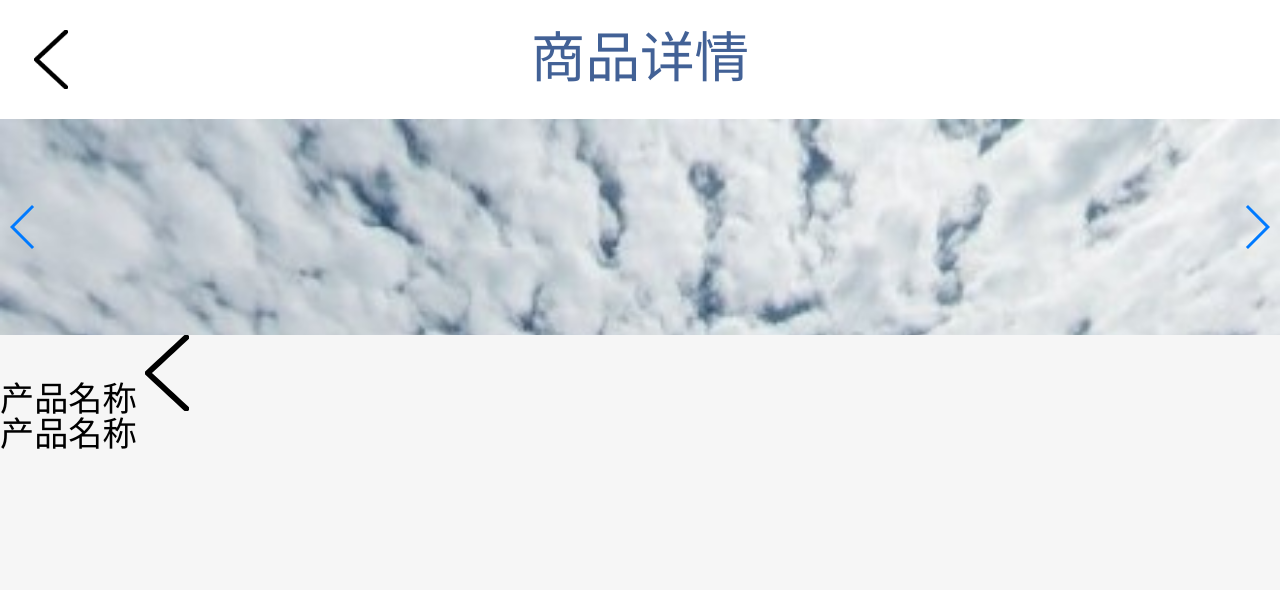
Repository: 421538074/sell
Page: consumer/goods-detail.html
An editor plug-in stored every save of this project. The page is shown before and after the next save, followed by the edit.
The browser window is 1280 px wide. The pictures show the whole page.

Above is the page before, as saved 2019-05-30 10:30:43.

### consumer/goods-detail.html
<!DOCTYPE html>
<html lang="en">

<head>
    <meta charset="UTF-8">
    <meta name="viewport" content="width=device-width, initial-scale=1.0">
    <meta http-equiv="X-UA-Compatible" content="ie=edge">
    <title>商品详情</title>
    <link rel="stylesheet" href="../css/base.css">
    <link rel="stylesheet" href="css/common.css">
    <link rel="stylesheet" href="../css/swiper.min.css">
    <link rel="stylesheet" href="css/goods-detail.css">
</head>

<body>
    <div id="app" class="content">
        <nav class="nav-bar-wrapper">
            <img src="../img/back.png" class="back-icon">
            <p class="nav-bar-title">商品详情</p>
        </nav>
        <div class="goods-pictures-wrapper">
            <div class="swiper-container ">
                <div class="swiper-wrapper">
                    <div class="swiper-slide" v-for="item in 5">
                        <img src="../img/1.jpg" class="slide-img" alt="">
                    </div>
                </div>
                <div class="swiper-button-next"></div>
                <div class="swiper-button-prev"></div>
            </div>
        </div>
        <div class="goods-detail-wrapper">
            <p class="main-title-wrapper">
                <span class="goods-title">产品名称</span>
                <img src="../img/back.png" class="share-icon">
            </p>
            <p class="goods-title-desc">产品名称</p>
        </div>
    </div>
    <script src="../js/api.js"></script>
    <script src="../js/vue.js"></script>
    <script src="../js/swiper.min.js"></script>
    <script src="js/vue-mixin.js"></script>
    <script src="js/goods-detail.js"></script>
</body>

</html>

### css/base.css
/* http://meyerweb.com/eric/tools/css/reset/
   v2.0 | 20110126
   License: none (public domain)
*/

html,
body,
div,
span,
applet,
object,
iframe,
h1,
h2,
h3,
h4,
h5,
h6,
p,
blockquote,
pre,
a,
abbr,
acronym,
address,
big,
cite,
code,
del,
dfn,
em,
img,
ins,
kbd,
q,
s,
samp,
small,
strike,
strong,
sub,
sup,
tt,
var,
b,
u,
i,
center,
dl,
dt,
dd,
ol,
ul,
li,
fieldset,
form,
label,
legend,
table,
caption,
tbody,
tfoot,
thead,
tr,
th,
td,
article,
aside,
canvas,
details,
embed,
figure,
figcaption,
footer,
header,
hgroup,
menu,
nav,
output,
ruby,
section,
summary,
time,
mark,
audio,
video {
    margin: 0;
    padding: 0;
    border: 0;
    font-size: 100%;
    font: inherit;
    vertical-align: baseline;
}

/* HTML5 display-role reset for older browsers */
article,
aside,
details,
figcaption,
figure,
footer,
header,
hgroup,
menu,
nav,
section {
    display: block;
}

body {
    line-height: 1;
}

ol,
ul {
    list-style: none;
}

blockquote,
q {
    quotes: none;
}

blockquote:before,
blockquote:after,
q:before,
q:after {
    content: '';
    content: none;
}

table {
    border-collapse: collapse;
    border-spacing: 0;
}


body,
html {
    font-size: calc(100vw / 37.5);
    font-family: PingFangSC-Medium;
    background: #F2F2F2;
}


[v-cloak] {
    display: none;
}


hr {
    margin: 0;
    padding: 0;
}

.clearfix {
    zoom: 1;
}

.clearfix:after {
    content: ".";
    display: block;
    visibility: hidden;
    height: 0;
    clear: both;
}

[v-cloak] {
    display: none;
}

### consumer/css/common.css
*{
    box-sizing: border-box;
}
html,body{
    background: #f6f6f6;
}
html,body,div.content{
    height: 100%;
}
/*底部菜单栏*/
nav.tool-bar-wrapper {
    height: 3rem;
    background: #ffffff;
    display: flex;
    align-items: center;
    justify-content: space-around;
}
a.nav-item {
    color: #888888;
    text-decoration: none;
    font-size: 1.5rem;
    display: flex;
    flex-direction: column;
    align-items: center;
    justify-content: space-around;
    height: 90%;
}
a.nav-item.active{
    color: #0093FF;
}
img.nav-item-icon{
    width: 1.5rem;
    height: 1.5rem;
}
.ellipsis{
    overflow: hidden;
    white-space: nowrap;
    text-overflow: ellipsis;
}
/*顶部返回栏 */
nav.nav-bar-wrapper {
    background: #FFFFFF;
    height: 3.5rem;
    display: flex;
    align-items: center;
    justify-content: space-around;
    position: relative;
    font-size: 1.6rem;
    color: #426196;
}
img.back-icon {
    position: absolute;
    width: 1rem;
    left: 1rem;
}

### consumer/css/goods-detail.css
.goods-pictures-wrapper ,.swiper-container{
    max-height: 30vh;
    overflow: hidden;
}
img.slide-img{
    width: 100%;
    height: 100%;
}
.swiper-button-next, .swiper-button-prev,
.swiper-button-prev, .swiper-container-rtl .swiper-button-next{
    outline: 0;
}

### js/api.js



// window.warn = {
//     alert: function alert(msg) {
//         var template = `
// `
//         $('body').append(template);
//         $('.alert-body').animate({
//             top: "40px"
//         }, 200);
//         // setTimeout(function () {
//         //     warn.close();
//         // }, 1500);
//     },
//     close: function close() {
//         $('.alert-body').animate({
//             top: "-280px"
//         }, 200);
//         setTimeout(function () {
//             $('#alert-msg').remove();
//         }, 200);
//     }
// };

### consumer/js/vue-mixin.js
Vue.mixin({
    methods: {
        /**
         * 返回
         */
        back() {
            history.go(-1);
        },
        /**
         * 限制长度
         * @param {String} 要限制长度的字段
         * @param {Number} 长度
         */
        limitLength(key, length) {
            this[key] = this[key].substring(0, length);
        },
        /**
         * 验证11位手机号
         * @param {Number} phone
         */
        validatePhone(phone) {
            const phoneReg = /^[1-9][0-9]{9}[0-9]$/;
            return phoneReg.test(phone);
        },
        /**
         * 发送手机验证码
         * @param {Number} waitTimeKey 等待时间键名
         * @param {String} tipsKey 发送验证码显示的信息的键名
         * @param {String} phoneKey 手机号键名
         * @param {String} reSendMsg  按钮默认显示的文字
         */
        sendCode(waitTimeKey, tipsKey, phoneKey, defaultMsg) {
            if (!this.validatePhone(this[phoneKey])) {
                alert('无效手机号!');
                return;
            }
            if (this[waitTimeKey] == 60) {
                $.post('', {
                        phone: this[phoneKey]
                    }, (res) => {
                        if (res.status == 1) {
                            const interval = setInterval(() => {
                                if (this[waitTimeKey] == 1) {
                                    this[waitTimeKey] = 60;
                                    this[tipsKey] = defaultMsg;
                                    clearInterval(interval);
                                    return;
                                }
                                this[waitTimeKey] -= 1;
                                this[tipsKey] = `${this[waitTimeKey]}s`;
                            }, 1000);
                        } else {
                            alert('发送失败!');
                        }
                    }, 'json')
                    .fail(err => {
                        alert('服务器异常!');
                    });
            }
        },
        /**
         * 链接跳转
         * @param {String} url
         */
        linkTo(url) {
            window.location.href = url;
        }
    },
    filters: {

    }
})

### consumer/js/goods-detail.js
new Vue({
    el: '#app',
    data() {
        return {

        }
    },
    methods: {
        initSwiper() {
            new Swiper('.swiper-container', {
                slidesPerView: 1,
                spaceBetween: 30,
                loop: true,
                autoplay:true,
                navigation: {
                    nextEl: '.swiper-button-next',
                    prevEl: '.swiper-button-prev',
                },
            });
        }
    },
    mounted() {
        this.$nextTick(() => {
            this.initSwiper();
        });
    },
});

Loaded but not shown: css/swiper.min.css (library); js/vue.js (library); js/swiper.min.js (library)

After the next save:
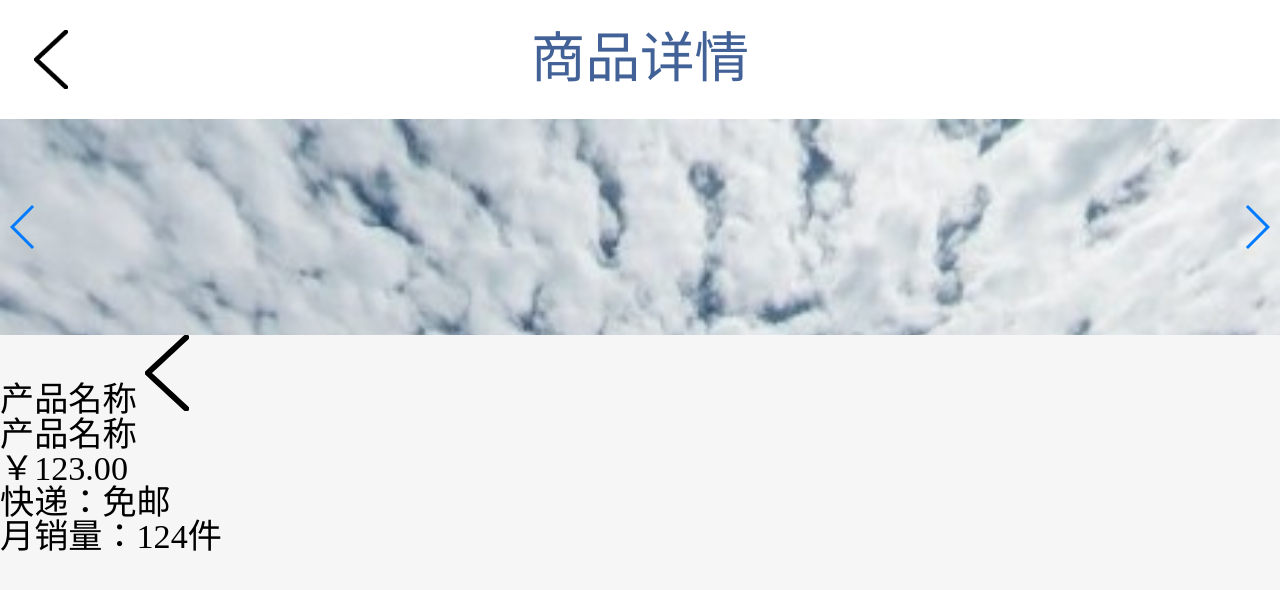
Saved 118 s later.
--- a/consumer/goods-detail.html
+++ b/consumer/goods-detail.html
@@ -35,6 +35,11 @@
                 <img src="../img/back.png" class="share-icon">
             </p>
             <p class="goods-title-desc">产品名称</p>
+            <div class="goods-price-delivery">
+                <p class="goods-price">￥123.00</p>
+                <p class="delivery-fee">快递：免邮</p>
+                <p class="sell-counts-month">月销量：124件</p>
+            </div>
         </div>
     </div>
     <script src="../js/api.js"></script>
